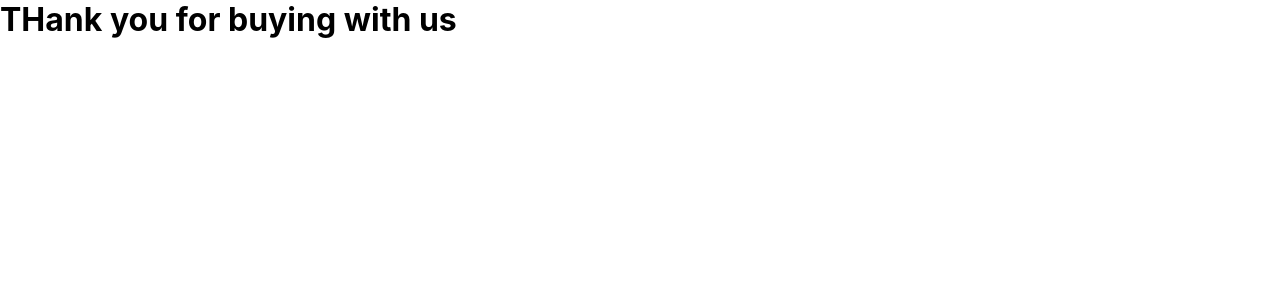
Repository: Yowani24/ecocarbon
Page: /successPage
The author's editor kept a copy of each file at every save. The page is drawn from the files as they stood at one save, then again after the next save.
The browser window is 1280 px wide. The pictures show the whole page.
The project was rebuilt for these pictures with package versions that can differ from the ones it lists, and the page was loaded fresh each time. The framework's server and built-in components were replaced by stand-ins that run in the browser. Also part of the build but not shown: next.config.js.

Above is the page before, as saved 2021-09-29 15:24:57.

### pages/_app.js
import '../styles/globals.css'
import { CreditProvider } from './product/CreditList'

function MyApp({ Component, pageProps }) {
  return (
    <CreditProvider>
      <Component {...pageProps} />
    </CreditProvider>
  )
}

export default MyApp

### pages/successPage.js
import React from 'react';

export default function successPage(props) {
    return (
        <div>
            <h1>THank you for buying with us</h1>
        </div>
    );
}

### styles/globals.css
html,
body {
  padding: 0;
  margin: 0;
  font-family: -apple-system, BlinkMacSystemFont, Segoe UI, Roboto, Oxygen,
    Ubuntu, Cantarell, Fira Sans, Droid Sans, Helvetica Neue, sans-serif;
}

a {
  color: inherit;
  text-decoration: none;
}

* {
  margin: 0;
  box-sizing: border-box;
}

### pages/product/CreditList.js
import React, { useState, createContext } from 'react';

export const CreditList = createContext();

export const CreditProvider = (props) => {
    const [credit, setCredit] = useState([
        {
            id: '1',
            product: 'Carbon Credit',
            price: 120,
            description: 'More details goes here like description',
        },
        {
            id: '2',
            product: 'Carbon Credit',
            price: 120,
            description: 'More details about the product'
        },
        {
            id: '3',
            product: 'Carbon Credit',
            price: 120,
            description: 'More details for the items'
        },
        {
            id: '4',
            product: 'Carbon Credit',
            price: 120,
            description: 'More details to provide about carb cred',
        }

    ]);

    const [cartItems, setCartItems] = useState([]);

    const onAdd = (credit) => {
        const exist = cartItems.find((x) => x.id === credit.id);
        if(exist) {
            setCartItems(cartItems.map((x) => x.id === credit.id ? {...exist, quantity: exist.quantity + 1} : x));
        }else{
            setCartItems([...cartItems, {...credit, quantity: 1}])
        }
    }

    const onRemove = (credit) => {
        const exist = cartItems.find((x) => x.id === credit.id);
        if(exist.quantity === 1) {
            setCartItems(cartItems.filter((x) => x.id !== credit.id));
        }else{
            setCartItems(cartItems.map((x) => x.id === credit.id ? {...exist, quantity: exist.quantity - 1} : x));
        }
    }

    return (
        <CreditList.Provider value={{credits:[credit, setCredit], cartContent:[cartItems, setCartItems], onAdd: onAdd, onRemove:onRemove }}>
            {props.children}
        </CreditList.Provider>
    );
}

After the next save:
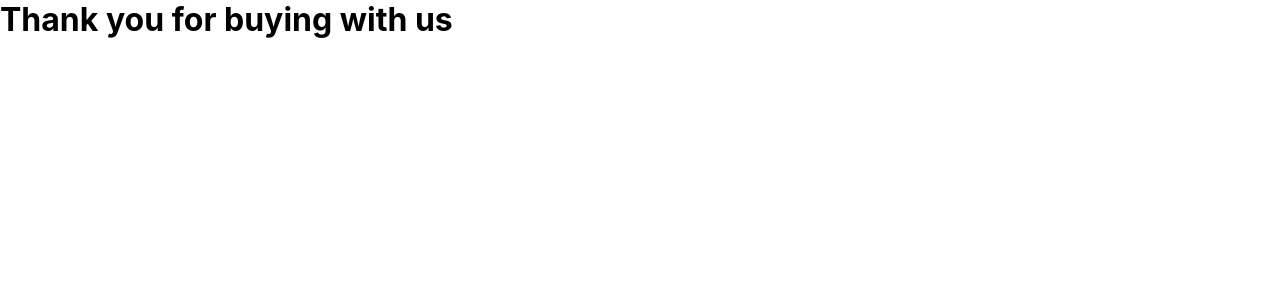
Saved 4 h 38 min later.
--- a/pages/successPage.js
+++ b/pages/successPage.js
@@ -3,7 +3,7 @@ import React from 'react';
 export default function successPage(props) {
     return (
         <div>
-            <h1>THank you for buying with us</h1>
+            <h1>Thank you for buying with us</h1>
         </div>
     );
 }
